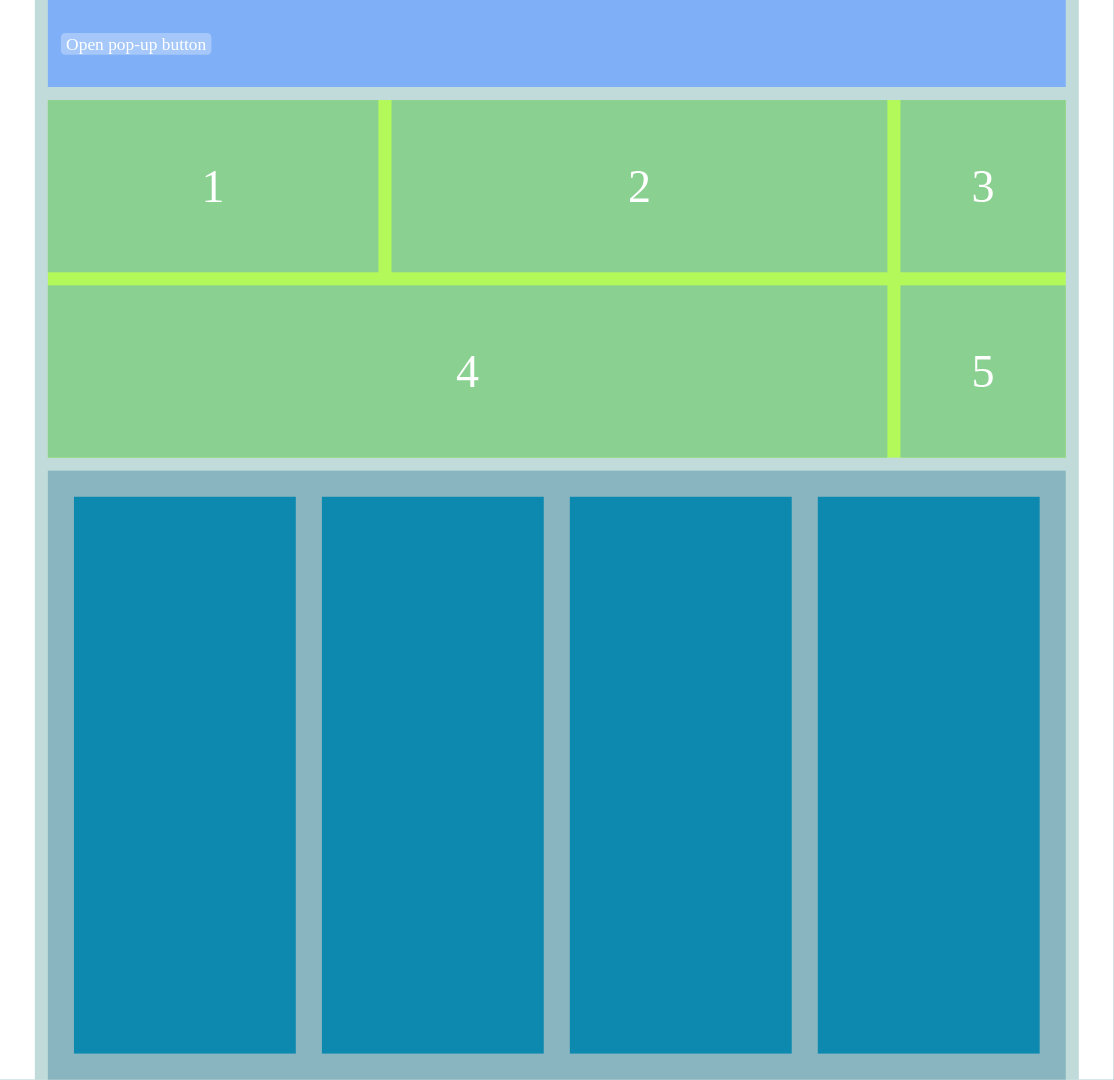
Repository: Evgenius190999999/nodasoft
Page: index.html
These files come from the project's save history. The page is drawn as it stood at one moment and after the next save; the edit follows.
The browser window is 1280 px wide. The pictures show the whole page, at 87% of full size.
Some web libraries are served in a nearby version. The style sheet was rebuilt from its Sass, Less or Tailwind sources for each picture, by a compiler version that may differ from the author's.

Above is the page before, as saved 2022-07-08 18:29:45.

### index.html
<!DOCTYPE html>
<html lang="en">

<head>
    <meta charset="UTF-8">
    <meta http-equiv="X-UA-Compatible" content="IE=edge">
    <meta name="viewport" content="width=device-width, initial-scale=1.0">
    <link rel="stylesheet" href="./style/normalize.css">
    <link rel="stylesheet" href="./style/reset.css">
    <link rel="stylesheet" href="./style/style.css">
    <script src="https://kit.fontawesome.com/33ab42410f.js" crossorigin="anonymous"></script>
    <title>Nodasoft</title>
</head>

<body>
    <div class="wrapper">
        <header class="header container">
            <button class="open__popup">Open pop-up button</button>
        </header>
        <div class="main__block container">
            <div class="div__1">1</div>
            <div class="div__2">2</div>
            <div class="div__3">3</div>
            <div class="div__4">4</div>
            <div class="div__5">5</div>
        </div>
        <div class="second__block container">
            <div class="div1"> </div>
            <div class="div2"> </div>
            <div class="div3"> </div>
            <div class="div4"> </div>
        </div>
    </div>

</body>

</html>

### style/sass/style.sass

*, *::after, *::before
    box-sizing: border-box

.wrapper
    max-width: 1200px
    margin: 0 auto
    background: #C0DBD9

.header
    display: flex
    align-items: center
    justify-content: flex-start
    padding: 0 15px
    background: #7FAFF7
    height: 100px

.container
    max-width: 1170px
    margin: 0 auto

.open__popup
    background: #A5C7F9
    border-radius: 5px
    border: none
    font-size: 20px
    line-height: 23px
    color: #FFFFFF
    cursor: pointer

.main__block
    display: grid
    grid-template-columns: 2fr 3fr 1fr
    grid-template-rows: repeat(2, 1fr)
    gap: 15px
    background: #B3F95A
    font-size: 53px
    color: #FFFFFF
    margin: 15px auto
    div
        height: 198px
        background: #8AD191
        display: flex
        align-items: center
        justify-content: center

.div__1
    grid-area: 1 / 1 / 2 / 2
.div__2
    grid-area: 1 / 2 / 2 / 3
.div__3
    grid-area: 1 / 3 / 2 / 4
.div__4
    grid-area: 2 / 1 / 3 / 3
.div__5
    grid-area: 2 / 3 / 3 / 4

.second__block
    display: flex
    background: #88B5BF
    div
        height: 50vw
        background: #0D89B0
        margin: 30px 15px 30px 15px
        max-width: 255px
        width: 100%
        &:first-child
            margin-left: 30px
        &:last-child
            margin-right: 30px

Loaded but not shown: style/normalize.css (library); style/reset.css (common file)

After the next save:
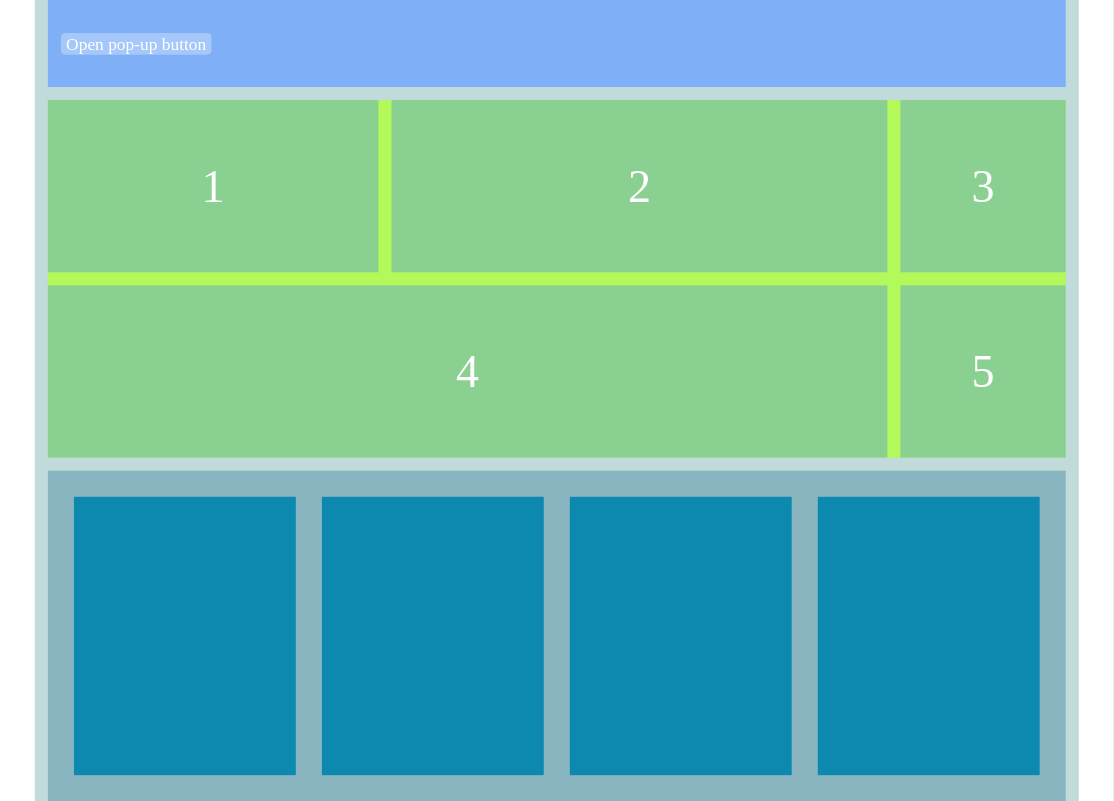
Saved 16 s later.
--- a/style/sass/style.sass
+++ b/style/sass/style.sass
@@ -59,7 +59,7 @@
     display: flex
     background: #88B5BF
     div
-        height: 50vw
+        height: 25vw
         background: #0D89B0
         margin: 30px 15px 30px 15px
         max-width: 255px
